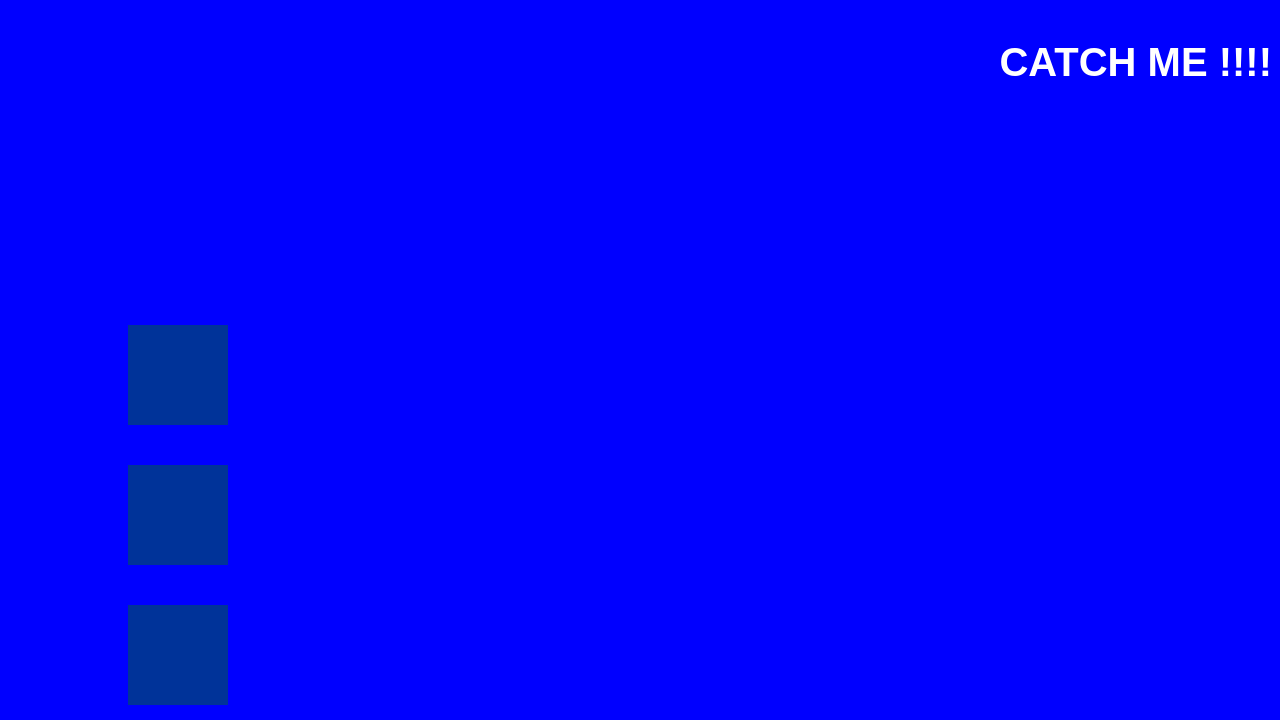
Repository: mong3270/mong3270.github.io
Page: Jenny.html
The author's editor kept a record of every edit. The page is drawn from the files as they stood at one moment, then again after the next edit.
The browser window is 1280 px wide. The pictures show the whole page.

Above is the page before.

After the next edit:
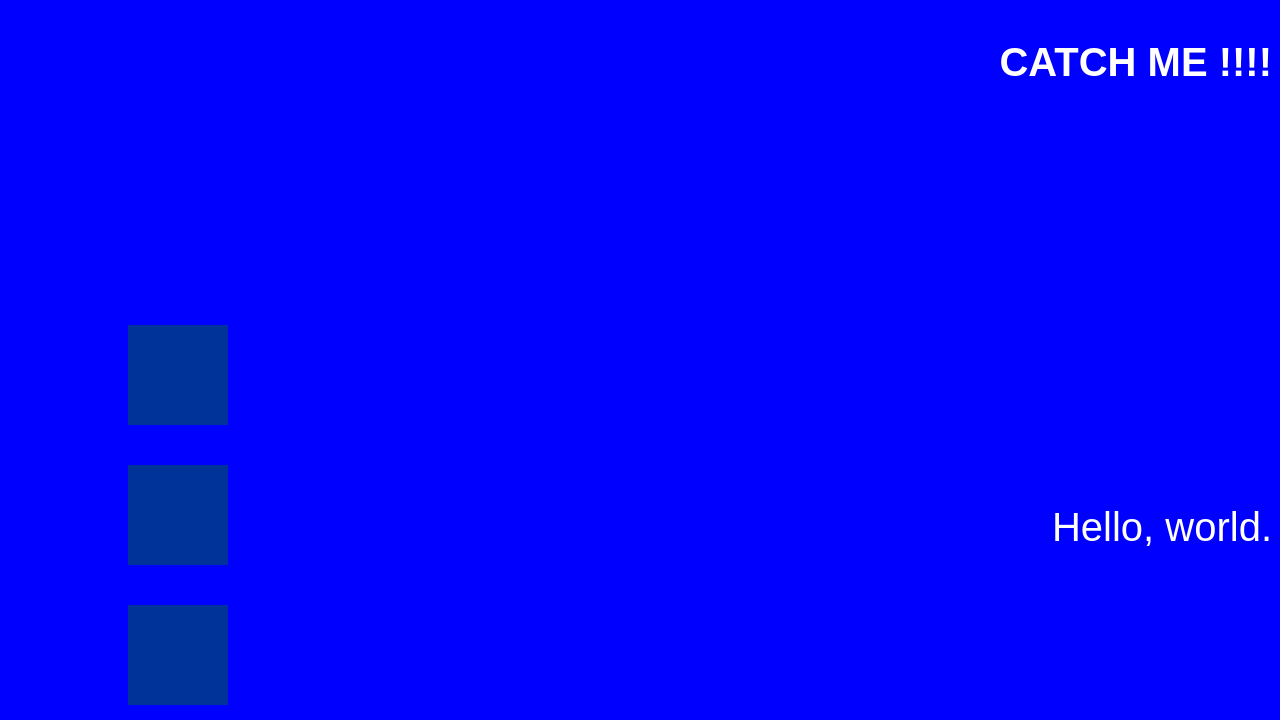
The edit:
--- a/Jenny.html
+++ b/Jenny.html
@@ -137,3 +137,14 @@
 
 </body>
 </html>
+
+
+
+<html>
+	<head>
+		<title>Hello, world.</title>
+	</head>
+	<body>
+		Hello, world.
+	</body>
+</html>
